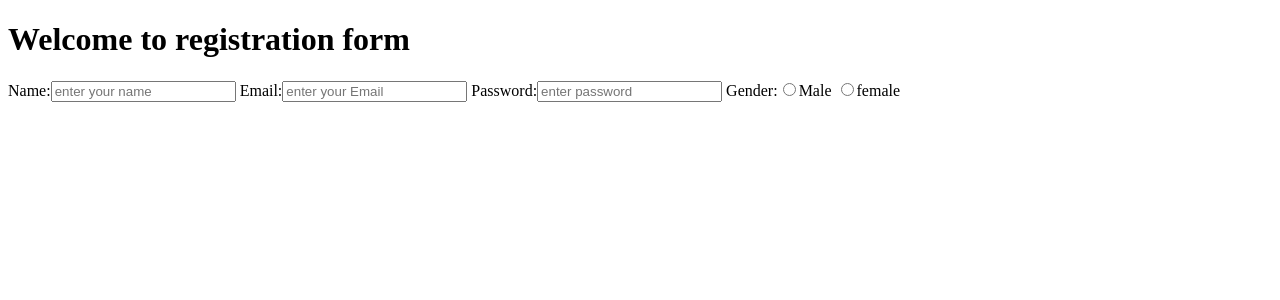
Repository: diksha847/ServletProjectsAllInOne
Page: http://localhost/registerationform/register.jsp
An editor plug-in stored every save of this project. The page is shown before and after the next save, followed by the edit.
The browser window is 1280 px wide. The pictures show the whole page.
The page is served by Tomcat 9.

Above is the page before, as saved 2024-11-15 15:43:19.

After the next save:
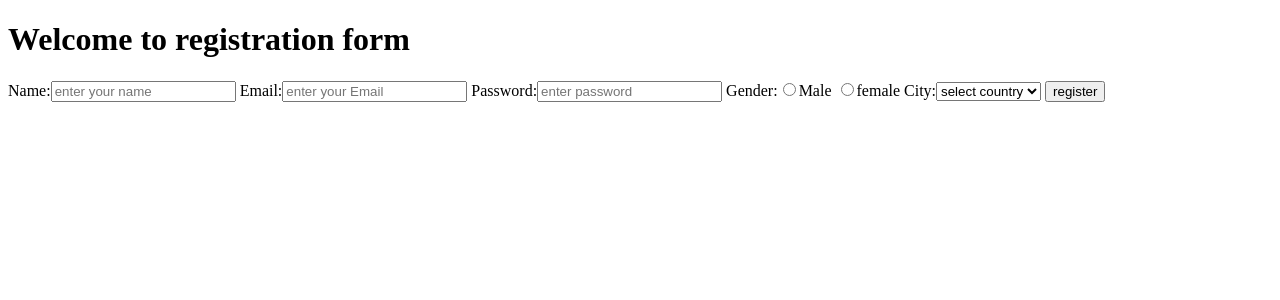
Saved 2 min 28 s later.
--- a/registerationform/src/main/webapp/register.jsp
+++ b/registerationform/src/main/webapp/register.jsp
@@ -16,7 +16,17 @@ Password:<input type="password" name="pwd1" placeholder="enter password"/>
 Gender:<input type="radio" name="gender1" value="male">Male
 <input type="radio" name="gender1" value="female">female
 
+City:<select name="city1">
+<option>select country</option>
+<option>bangalore</option>
+<option>pune</option>
+<option>hyderabad</option>
+<option>chennai</option>
+<option>delhi</option>
 
+</select>
+
+<input type="submit" value="register"></input>
 
 </form>
 
